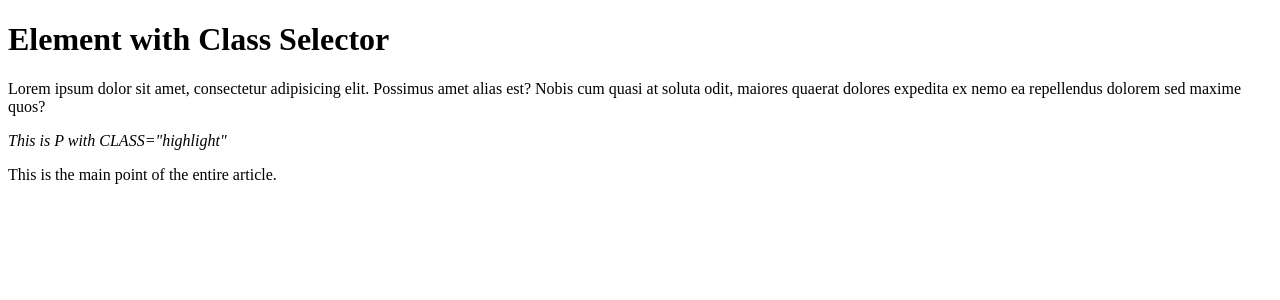
Repository: Aakarshit-Sharma19/Basic-HTML-and-CSS-Page-
Page: test.html
An editor plug-in stored every save of this project. The page is shown before and after the next save, followed by the edit.
The browser window is 1280 px wide. The pictures show the whole page.

Above is the page before, as saved 2020-11-08 10:27:35.

### test.html
<!DOCTYPE html>
<html>

<head>
  <meta charset="utf-8">
  <title>Element with Class Selector
  </title>
  <style>
    /* all with class="highlight" */
    highlight {
      background-color: green;
    }

    /* all p elements with class="highlight" */
    p.highlight {
      font-style: italic;
    }

    /* all elements with class 'highlight' as well as with class 'mainpoint'. */
    xxx {
      color: red;
      background-color: black;
    }
  </style>
</head>

<body>

  <h1 class="highlight">Element with Class Selector</h1>
  <p>Lorem ipsum dolor sit amet, consectetur adipisicing elit. Possimus amet alias est? Nobis cum quasi at soluta odit,
    maiores quaerat dolores expedita ex nemo ea repellendus dolorem sed maxime quos?</p>
  <p class="highlight">This is P with CLASS="highlight"</p>
  <div class="mainpoint highlight">This is the main point of the entire article.
  </div>

</body>

</html>

After the next save:
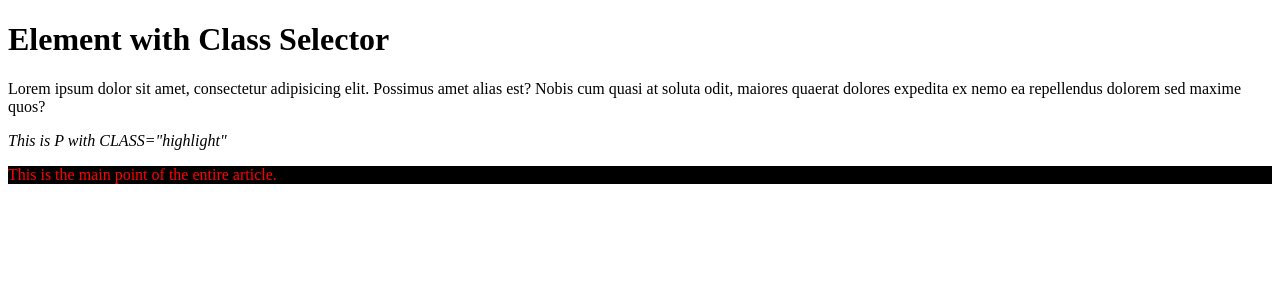
Saved 114 s later.
--- a/test.html
+++ b/test.html
@@ -17,7 +17,7 @@
     }
 
     /* all elements with class 'highlight' as well as with class 'mainpoint'. */
-    xxx {
+    .highlight.mainpoint {
       color: red;
       background-color: black;
     }
